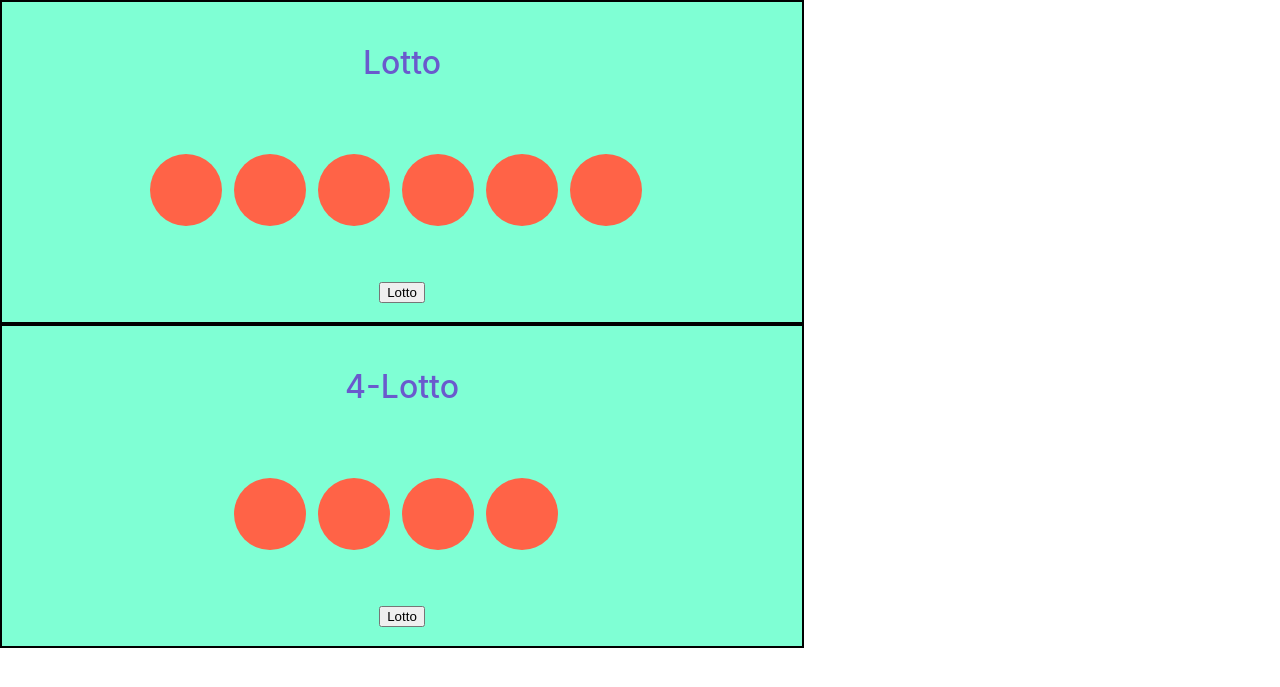
Repository: dung8466/learn-react
Page: / (app in lottery/)
The author's editor kept a copy of each file at every save. The page is drawn from the files as they stood at one save, then again after the next save.
The browser window is 1280 px wide. The pictures show the whole page.
The project was rebuilt for these pictures with package versions that can differ from the ones it lists, and the page was loaded fresh each time.

Above is the page before, as saved 2022-09-18 21:08:10.

### lottery/src/App.js
import React, {Component} from 'react';
import './App.css';
import Lotto from './Lotto';
class App extends Component{
  render(){
    return (
      <div className="App">
        <Lotto />
        <Lotto title='4-Lotto' numBall={4} maxNum={10}/>
      </div>
    );
  }
}

export default App;

### lottery/src/Lotto.js
import React, {Component} from "react";
import './Lotto.css';
import LotteryBall from "./LotteryBall";

class Lotto extends Component{
    static defaultProps = {
        title : 'Lotto',
        numBall : 6,
        maxNum: 99
    }
    constructor(props){
        super(props);
        this.state = {nums : Array.from({length: this.props.numBall}) };
        this.generate = this.generate.bind(this);
    }
    generate(){
        this.setState(curSt => ({
            nums: curSt.nums.map(num => num = Math.floor(Math.random() * this.props.maxNum)),
        }))
    }
    render(){
        return(
            <div className="lotto">
                <h1>{this.props.title}</h1>
                <div className="ballDisplay">
                    {this.state.nums.map(b => (
                        <LotteryBall nums={b}/>
                    ))}
                </div>
                <button onClick={this.generate}>Lotto</button>
            </div>
        );
    }
}

export default Lotto;

### lottery/src/Lotto.css
.lotto{
    display: flex;
    flex-direction: column;
    justify-content: space-evenly;
    align-items: center;
    flex-wrap: wrap;
    gap: 2em;
    border: 2px solid black;
    background-color: aquamarine;
    max-width: 50em;
    min-height: 20em;
    /* margin-top: 3em;
    margin-left: 23em; */
}

.lotto h1{
    font-size: 2em;
    font-weight: 500;
    color: slateblue;
}

### lottery/src/LotteryBall.js
import React, {Component} from "react";
import './LotteryBall.css';

class LotteryBall extends Component{
    render(){
        return(
            <div className="ball">{this.props.nums}</div>
        );
    }
}

export default LotteryBall;

### lottery/src/LotteryBall.css
.ball{
    display: inline-block;
    background-color: tomato;
    color: white;
    border-radius: 50%;
    width: 3em;
    height: 2.25em;
    text-align: center;
    padding-top: 0.75em;
    margin-right: 0.5em;
    font-weight: bold;
    font-size: 1.5em;
}

Loaded but not shown: lottery/public/index.html (common file); lottery/src/index.js (common file); lottery/src/index.css (common file); lottery/src/reportWebVitals.js (common file); lottery/src/App.css (common file)

After the next save:
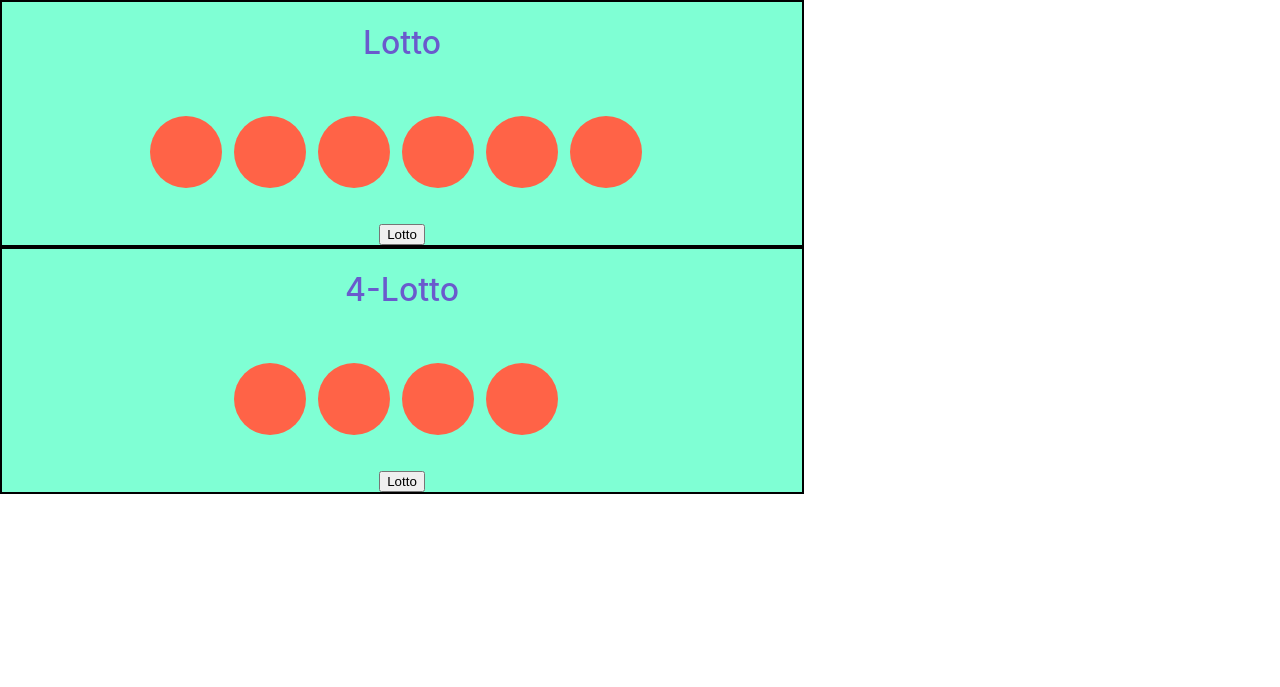
Saved 5 s later.
--- a/lottery/src/Lotto.css
+++ b/lottery/src/Lotto.css
@@ -8,7 +8,7 @@
     border: 2px solid black;
     background-color: aquamarine;
     max-width: 50em;
-    min-height: 20em;
+    max-height: 20em;
     /* margin-top: 3em;
     margin-left: 23em; */
 }
